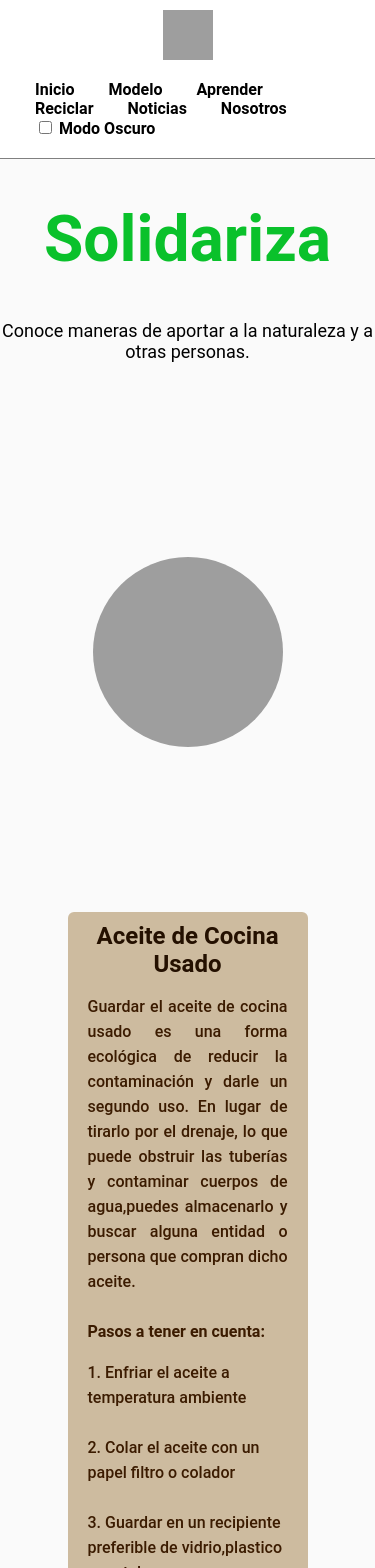
Repository: castecabas/Recicladora
Page: src/templates/recycle_pages/solidarity.html
The author's editor kept a copy of each file at every save. The page is drawn from the files as they stood at one save, then again after the next save.
The browser window is 375 px wide. The pictures show the part of the page from y = 0 to 1568 px (the page is 4151 px tall before and 3631 px after).
Pictures or frames that could not be fetched are drawn as grey boxes. The page is served by the project's application, run on Flask 3 (src/index.py). The template is opened directly, without the code that normally fills it, so the values that code supplies are empty.

Above is the page before, as saved 2024-12-11 15:17:55.
Console error: TypeError: Cannot read properties of null (reading 'addEventListener')

After the next save:
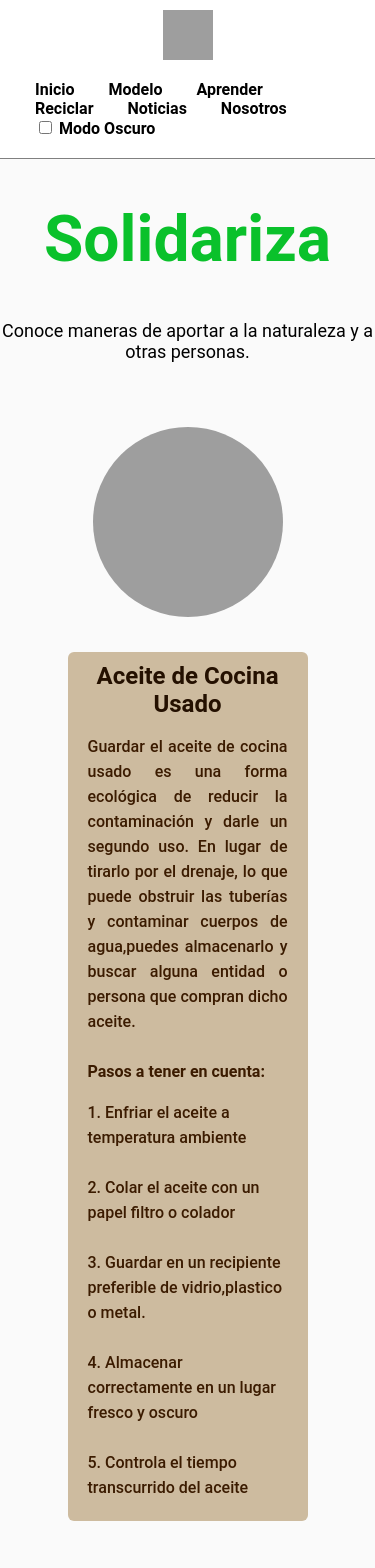
Saved 45 s later.
--- a/src/static/css/solidarity.css
+++ b/src/static/css/solidarity.css
@@ -93,9 +93,13 @@ body {
         flex-direction: column-reverse;
     }
 
+    .main-div div.contain-image{
+        height: min-content;
+    }
+
     .main-div div.contain-image img {
         max-width: 210px;
-        height: min-content;
+
     }
 }
 
